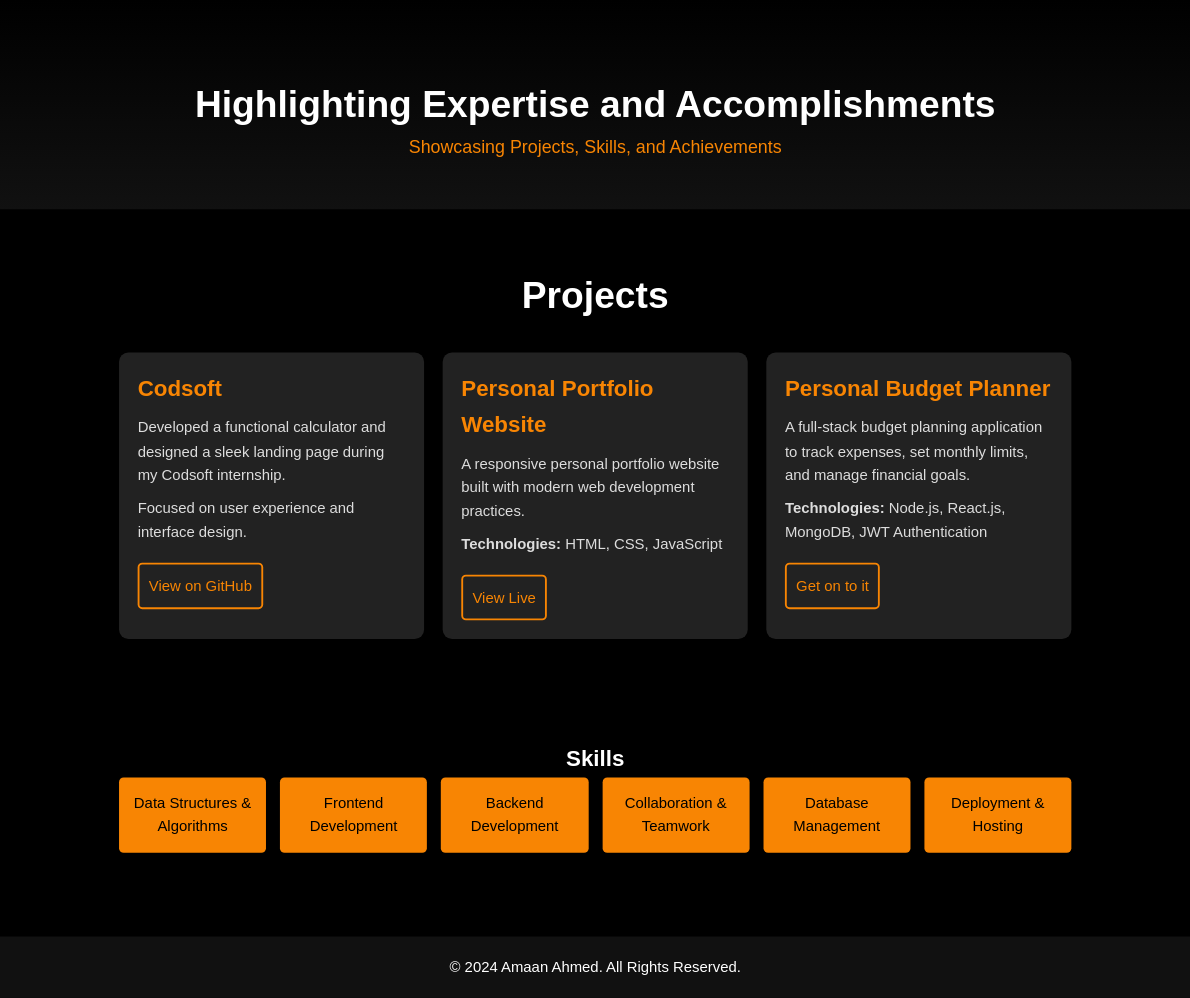
Repository: AmaanLucky/Portfolio
Page: Portfolio-main/portfolio.html
An editor plug-in stored every save of this project. The page is shown before and after the next save, followed by the edit.
The browser window is 1280 px wide. The pictures show the whole page, at 93% of full size.

Above is the page before, as saved 2025-02-28 20:16:07.

### Portfolio-main/portfolio.html
<!DOCTYPE html>
<html lang="en">
<head>
  <meta charset="UTF-8">
  <meta name="viewport" content="width=device-width, initial-scale=1.0">
  <meta http-equiv="X-UA-Compatible" content="ie=edge">
  <title>Portfolio</title>
  <link rel="stylesheet" href="portstyles.css">
</head>
<body>


  <header class="header">

    <!-- <a href="https://drive.google.com/file/d/1P_Yu0ylxSVWCuhzEFna9M-VbMQcCf_K1/view?usp=sharing" class="logo">Amaan.</a>
    <nav class="navbar">
        <a href="index.html" class="active">Home</a>
        <a href="about.html" target="_blank">About</a>
        <a href="resume.html" target="_blank">Resume</a>
        <a href="portfolio.html" target="_blank">Portfolio</a>
        <a href="cont.html" target="_blank">Contact</a>
    </nav> -->

    <div class="animated">
      <div class="header-content">
        <h1>Highlighting Expertise and Accomplishments</h1>
        <p>Showcasing Projects, Skills, and Achievements</p>
      </div>
    </div>
  </header>



  <section class="portfolio-section">
    <h2>Projects</h2>
    <div class="project-grid">
      <!-- Project 1 -->
      <div class="project-card">
        <h3>Codsoft</h3>
        <p>Developed a functional calculator and designed a sleek landing page during my Codsoft internship.</p>
        <p>Focused on user experience and interface design.</p>
        <a href="https://github.com/AmaanLucky" target="_blank">View on GitHub</a>
      </div>

      <!-- Project 2 -->
      <div class="project-card">
        <h3>Personal Portfolio Website</h3>
        <p>A responsive personal portfolio website built with modern web development practices.</p>
        <p><strong>Technologies:</strong> HTML, CSS, JavaScript</p>
        <a href="index.html" target="_blank">View Live</a>
      </div>

      <!-- Project 3: Personal Budget Planner -->
      <div class="project-card">
        <h3>Personal Budget Planner</h3>
        <p>A full-stack budget planning application to track expenses, set monthly limits, and manage financial goals.</p>
        <p><strong>Technologies:</strong> Node.js, React.js, MongoDB, JWT Authentication</p>
        <a href="https://wealthio.onrender.com" target="_blank">Get on to it</a>
      </div>
    </div>
  </section>


  <section class="skills-section">
    <h2>Skills</h2>
    <div class="skills-grid">
      <div class="skill"><a href="https://www.geeksforgeeks.org/data-structures/" target="_blank">Data Structures & Algorithms</a></div>
      <div class="skill"><a href="https://web.dev/html" target="_blank">Frontend Development</a></div>
      <div class="skill"><a href="https://nodejs.org/en" target="_blank">Backend Development</a></div>
      <div class="skill"><a href="https://www.atlassian.com/agile/teamwork" target="_blank">Collaboration & Teamwork</a></div>
      <div class="skill"><a href="https://www.mongodb.com/" target="_blank">Database Management</a></div>
      <div class="skill"><a href="https://vercel.com/" target="_blank">Deployment & Hosting</a></div>
    </div>
  </section>


  <footer>
    <p>&copy; 2024 Amaan Ahmed. All Rights Reserved.</p>
  </footer>
</body>
</html>

### Portfolio-main/portstyles.css
/* Reset Styles */
* {
    margin: 0;
    padding: 0;
    box-sizing: border-box;
    font-family: 'Poppins', sans-serif;
}

/* General Styles */
body {
    background: #000;
    color: #fff;
    line-height: 1.6;
}

/* Header Section */
.header {
    text-align: center;
    padding: 80px 10% 50px;
    background: linear-gradient(to bottom, #000, #111);
}

.header h1 {
    font-size: 2.5em;
    color: #fff;
}

.header p {
    font-size: 1.2em;
    color: rgb(248, 133, 3);
}

/* Portfolio Section */
.portfolio-section {
    padding: 60px 10%;
    text-align: center;
}

.portfolio-section h2 {
    font-size: 2.5em;
    margin-bottom: 30px;
}

/* Project Cards */
.project-grid {
    display: grid;
    grid-template-columns: repeat(auto-fit, minmax(300px, 1fr));
    gap: 20px;
}

.project-card {
    background: #222;
    padding: 20px;
    border-radius: 10px;
    text-align: left;
    transition: transform 0.3s ease-in-out, box-shadow 0.3s ease-in-out;
}

.project-card:hover {
    transform: translateY(-5px);
    box-shadow: 0 8px 16px rgba(255, 165, 0, 0.4);
}

.project-card h3 {
    font-size: 1.5em;
    color: rgb(248, 133, 3);
}

.project-card p {
    margin: 10px 0;
    color: #ddd;
}

.project-card a {
    display: inline-block;
    margin-top: 10px;
    padding: 10px;
    border: 2px solid rgb(248, 133, 3);
    border-radius: 5px;
    text-decoration: none;
    color: rgb(248, 133, 3);
    transition: background 0.3s ease-in-out;
}

.project-card a:hover {
    background: rgb(248, 133, 3);
    color: #000;
}

/* Skills Section */
.skills-section {
    padding: 50px 10%;
    text-align: center;
}

.skills-grid {
    display: grid;
    grid-template-columns: repeat(auto-fit, minmax(150px, 1fr));
    gap: 15px;
}

.skill a {
    display: block;
    padding: 15px;
    border-radius: 5px;
    background: rgb(248, 133, 3);
    color: #000;
    text-decoration: none;
    transition: transform 0.3s ease-in-out, background 0.3s ease-in-out;
}

.skill a:hover {
    transform: translateY(-5px);
    background: #000;
    color: rgb(248, 133, 3);
    border: 2px solid rgb(248, 133, 3);
}

/* Footer */
footer {
    background: #111;
    color: #fff;
    text-align: center;
    padding: 20px;
    margin-top: 40px;
}

/* Responsive Design */
@media (max-width: 768px) {
    .header {
        padding: 60px 5% 30px;
    }

    .header h1 {
        font-size: 2em;
    }

    .header p {
        font-size: 1em;
    }

    .portfolio-section h2 {
        font-size: 2em;
    }

    .skills-section h2 {
        font-size: 2em;
    }

    .project-grid {
        grid-template-columns: 1fr;
    }

    .skills-grid {
        grid-template-columns: 1fr;
    }
}

After the next save:
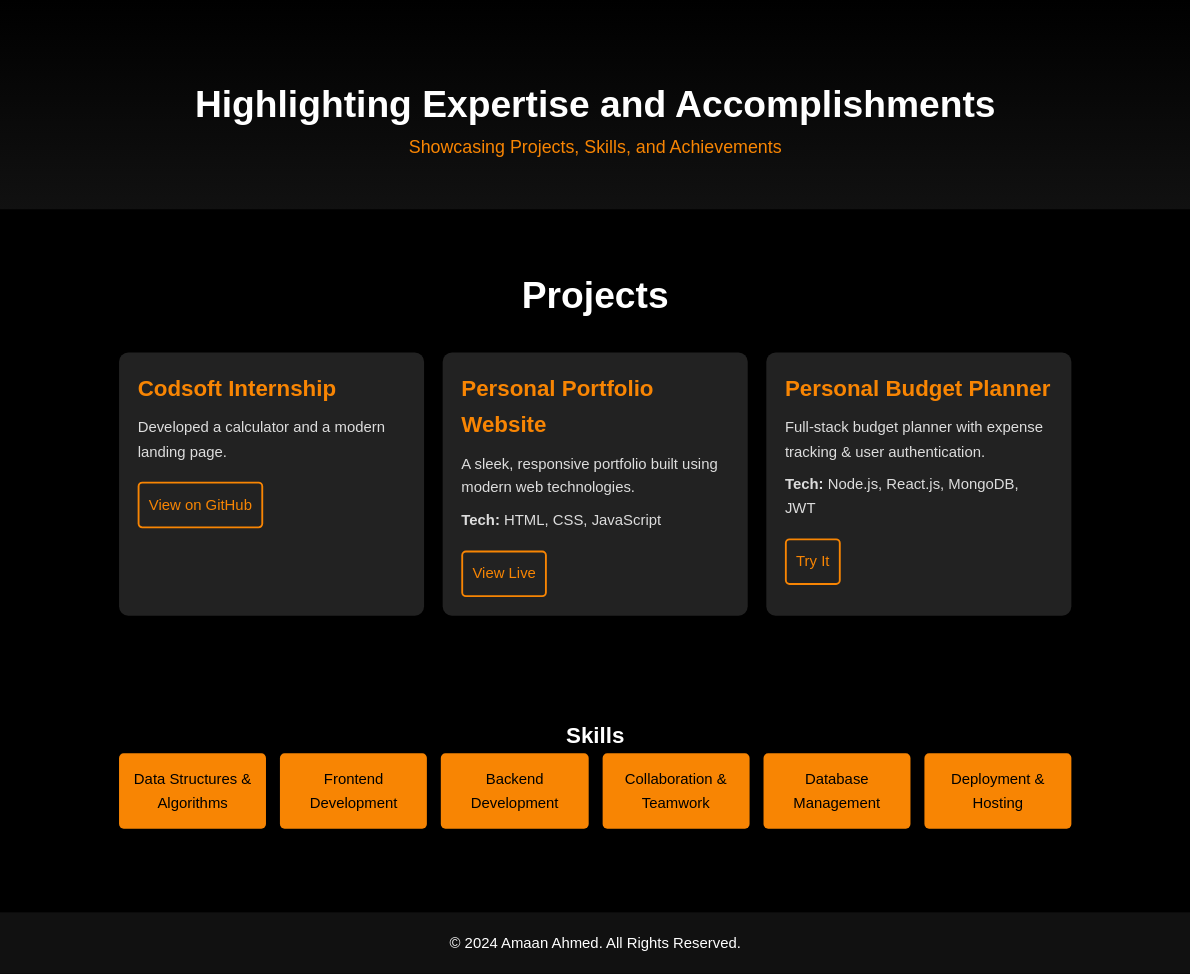
Saved 15 s later.
--- a/Portfolio-main/portfolio.html
+++ b/Portfolio-main/portfolio.html
@@ -4,63 +4,48 @@
   <meta charset="UTF-8">
   <meta name="viewport" content="width=device-width, initial-scale=1.0">
   <meta http-equiv="X-UA-Compatible" content="ie=edge">
-  <title>Portfolio</title>
+  <title>Portfolio | Amaan Ahmed</title>
   <link rel="stylesheet" href="portstyles.css">
 </head>
 <body>
 
-
+  <!-- Header Section -->
   <header class="header">
-
-    <!-- <a href="https://drive.google.com/file/d/1P_Yu0ylxSVWCuhzEFna9M-VbMQcCf_K1/view?usp=sharing" class="logo">Amaan.</a>
-    <nav class="navbar">
-        <a href="index.html" class="active">Home</a>
-        <a href="about.html" target="_blank">About</a>
-        <a href="resume.html" target="_blank">Resume</a>
-        <a href="portfolio.html" target="_blank">Portfolio</a>
-        <a href="cont.html" target="_blank">Contact</a>
-    </nav> -->
-
-    <div class="animated">
-      <div class="header-content">
-        <h1>Highlighting Expertise and Accomplishments</h1>
-        <p>Showcasing Projects, Skills, and Achievements</p>
-      </div>
+    <div class="header-content">
+      <h1>Highlighting Expertise and Accomplishments</h1>
+      <p>Showcasing Projects, Skills, and Achievements</p>
     </div>
   </header>
 
-
-
+  <!-- Portfolio Section -->
   <section class="portfolio-section">
     <h2>Projects</h2>
     <div class="project-grid">
-      <!-- Project 1 -->
+
       <div class="project-card">
-        <h3>Codsoft</h3>
-        <p>Developed a functional calculator and designed a sleek landing page during my Codsoft internship.</p>
-        <p>Focused on user experience and interface design.</p>
+        <h3>Codsoft Internship</h3>
+        <p>Developed a calculator and a modern landing page.</p>
         <a href="https://github.com/AmaanLucky" target="_blank">View on GitHub</a>
       </div>
 
-      <!-- Project 2 -->
       <div class="project-card">
         <h3>Personal Portfolio Website</h3>
-        <p>A responsive personal portfolio website built with modern web development practices.</p>
-        <p><strong>Technologies:</strong> HTML, CSS, JavaScript</p>
+        <p>A sleek, responsive portfolio built using modern web technologies.</p>
+        <p><strong>Tech:</strong> HTML, CSS, JavaScript</p>
         <a href="index.html" target="_blank">View Live</a>
       </div>
 
-      <!-- Project 3: Personal Budget Planner -->
       <div class="project-card">
         <h3>Personal Budget Planner</h3>
-        <p>A full-stack budget planning application to track expenses, set monthly limits, and manage financial goals.</p>
-        <p><strong>Technologies:</strong> Node.js, React.js, MongoDB, JWT Authentication</p>
-        <a href="https://wealthio.onrender.com" target="_blank">Get on to it</a>
+        <p>Full-stack budget planner with expense tracking & user authentication.</p>
+        <p><strong>Tech:</strong> Node.js, React.js, MongoDB, JWT</p>
+        <a href="https://wealthio.onrender.com" target="_blank">Try It</a>
       </div>
+
     </div>
   </section>
 
-
+  <!-- Skills Section -->
   <section class="skills-section">
     <h2>Skills</h2>
     <div class="skills-grid">
@@ -73,9 +58,10 @@
     </div>
   </section>
 
-
+  <!-- Footer -->
   <footer>
     <p>&copy; 2024 Amaan Ahmed. All Rights Reserved.</p>
   </footer>
+
 </body>
 </html>
